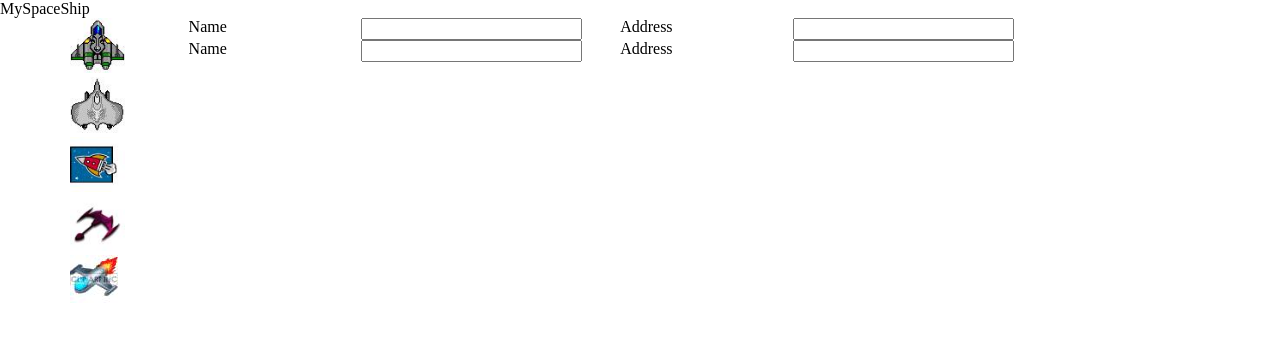
Repository: eudesf/MySpaceShip
Page: MySpaceShip/WebContent/Copy of formlayoutajax.html
An editor plug-in stored every save of this project. The page is shown before and after the next save, followed by the edit.
The browser window is 1280 px wide. The pictures show the whole page.

Above is the page before, as saved 2012-03-19 13:51:23.

### MySpaceShip/WebContent/Copy of formlayoutajax.html
<!DOCTYPE html>

<html>
	<head>
		<meta charset="UTF-8">

		<title>MySpaceShip</title>

		<!--[if lte IE 9]><link rel="stylesheet" href="css/1140/ie.css" type="text/css" media="screen" /><![endif]-->
		<link rel="stylesheet" href="css/1140/1140.css" type="text/css" media="screen" />
		<!-- <link rel="stylesheet" href="css/1140/styles.css" type="text/css" media="screen" /> -->

		<script type="text/javascript" src="js/css3-mediaqueries.js"></script>

		<style>
			html{color:#000;background:#FFF;}body,div,dl,dt,dd,ul,ol,li,h1,h2,h3,h4,h5,h6,pre,code,form,fieldset,legend,input,textarea,p,blockquote,th,td{margin:0;padding:0;}table{border-collapse:collapse;border-spacing:0;}fieldset,img{border:0;}address,caption,cite,code,dfn,em,strong,th,var{font-style:normal;font-weight:normal;}li{list-style:none;}caption,th{text-align:left;}h1,h2,h3,h4,h5,h6{font-size:100%;font-weight:normal;}q:before,q:after{content:'';}abbr,acronym{border:0;font-variant:normal;}sup{vertical-align:text-top;}sub{vertical-align:text-bottom;}input,textarea,select{font-family:inherit;font-size:inherit;font-weight:inherit;}input,textarea,select{*font-size:100%;}legend{color:#000;}

			input {
				width: 100%;

				-webkit-box-sizing: border-box;
				-moz-box-sizing: border-box;
				box-sizing: border-box;
			}
		</style>

	</head>
	<body>

		<header>
			<h2>MySpaceShip</h2>
		</header>

		<div class="container">
			<div class="row">
				<div class="onecol">
					<nav>
						<a href="javascript:void(0)">
							<img src="images/ship1.jpg" alt="ship 1"/>
						</a>
						<a href="javascript:void(0)">
							<img src="images/ship2.jpg" alt="ship 2"/>
						</a>
						<a href="javascript:void(0)">
							<img src="images/ship3.jpg" alt="ship 3"/>
						</a>
						<a href="javascript:void(0)">
							<img src="images/ship4.jpg" alt="ship 4"/>
						</a>
						<a href="javascript:void(0)">
							<img src="images/ship5.jpg" alt="ship 5"/>
						</a>
					</nav>
				</div>
				<section>
					<article>
						<form>
							<div class="elevencol last">
								<div class="container">
									<div class="row">
										<div class="twocol">
											<label for="name">Name</label>
										</div>
										<div class="threecol">
											<input id="name" class="w100p" type="text" />
										</div>
										<div class="twocol">
											<label for="address">Address</label>
										</div>
										<div class="threecol last">
											<input id="address" type="text"/>
										</div>
									</div>
									<div class="row">
										<div class="twocol">
											<label for="name">Name</label>
										</div>
										<div class="threecol">
											<input id="name" class="w100p" type="text" />
										</div>
										<div class="twocol">
											<label for="address">Address</label>
										</div>
										<div class="threecol last">
											<input id="address" type="text"/>
										</div>
									</div>
								</div>
							</div>
						</form>
					</article>
				</section>
			</div>
		</div>
	</body>
</html>

### MySpaceShip/WebContent/css/1140/1140.css
/* CSS Resets */

html,body,div,span,object,iframe,h1,h2,h3,h4,h5,h6,p,blockquote,pre,a,abbr,address,cite,code,del,dfn,em,img,ins,q,small,strong,sub,sup,dl,dt,dd,ol,ul,li,fieldset,form,label,legend,table,caption,tbody,tfoot,thead,tr,th,td{border:0;margin:0;padding:0}article,aside,figure,figure img,figcaption,hgroup,footer,header,nav,section,video,object{display:block}a img{border:0}figure{position:relative}figure img{width:100%}


/* ==================================================================================================================== */
/* ! The 1140px Grid V2 by Andy Taylor \ http://cssgrid.net \ http://www.twitter.com/andytlr \ http://www.andytlr.com   */
/* ==================================================================================================================== */

.container {
padding-left: 20px;
padding-right: 20px;
}

.row {
width: 100%;
max-width: 1140px;
min-width: 755px;
margin: 0 auto;
overflow: hidden;
}

.onecol, .twocol, .threecol, .fourcol, .fivecol, .sixcol, .sevencol, .eightcol, .ninecol, .tencol, .elevencol {
margin-right: 3.8%;
float: left;
min-height: 1px;
}

.row .onecol {
width: 4.85%;
}

.row .twocol {
width: 13.45%;
}

.row .threecol {
width: 22.05%;
}

.row .fourcol {
width: 30.75%;
}

.row .fivecol {
width: 39.45%;
}

.row .sixcol {
width: 48%;
}

.row .sevencol {
width: 56.75%;
}

.row .eightcol {
width: 65.4%;
}

.row .ninecol {
width: 74.05%;
}

.row .tencol {
width: 82.7%;
}

.row .elevencol {
width: 91.35%;
}

.row .twelvecol {
width: 100%;
float: left;
}

.last {
margin-right: 0px;
}

img, object, embed {
max-width: 100%;
}

img {
	height: auto;
}


/* Smaller screens */

@media only screen and (max-width: 1023px) {

	body {
	font-size: 0.8em;
	line-height: 1.5em;
	}

	}


/* Mobile */

@media handheld, only screen and (max-width: 767px) {

	body {
	font-size: 16px;
	-webkit-text-size-adjust: none;
	}

	.row, body, .container {
	width: 100%;
	min-width: 0;
	margin-left: 0px;
	margin-right: 0px;
	padding-left: 0px;
	padding-right: 0px;
	}

	.row .onecol, .row .twocol, .row .threecol, .row .fourcol, .row .fivecol, .row .sixcol, .row .sevencol, .row .eightcol, .row .ninecol, .row .tencol, .row .elevencol, .row .twelvecol {
	width: auto;
	float: none;
	margin-left: 0px;
	margin-right: 0px;
	padding-left: 20px;
	padding-right: 20px;
	}

}

Loaded but not shown: MySpaceShip/WebContent/js/libs/css3-mediaqueries.js (library)

After the next save:
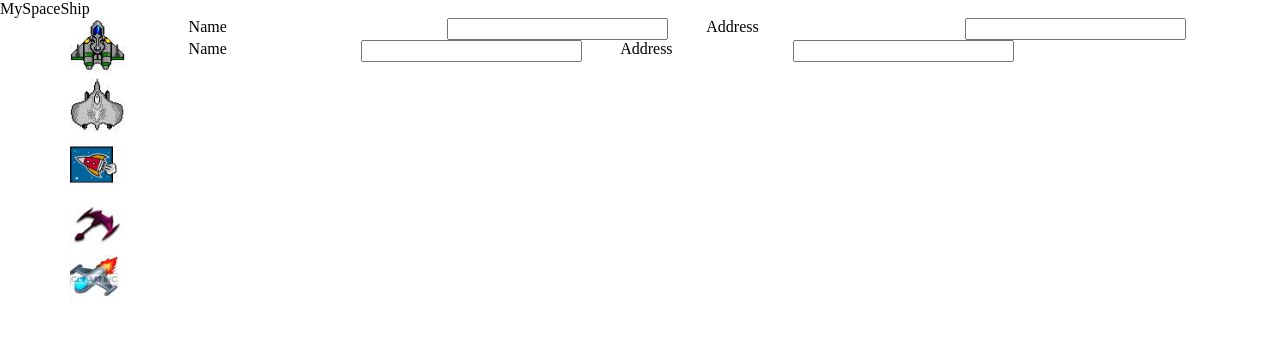
Saved 39 s later.
--- a/MySpaceShip/WebContent/Copy of formlayoutajax.html
+++ b/MySpaceShip/WebContent/Copy of formlayoutajax.html
@@ -58,13 +58,13 @@
 							<div class="elevencol last">
 								<div class="container">
 									<div class="row">
-										<div class="twocol">
+										<div class="threecol">
 											<label for="name">Name</label>
 										</div>
 										<div class="threecol">
 											<input id="name" class="w100p" type="text" />
 										</div>
-										<div class="twocol">
+										<div class="threecol">
 											<label for="address">Address</label>
 										</div>
 										<div class="threecol last">
